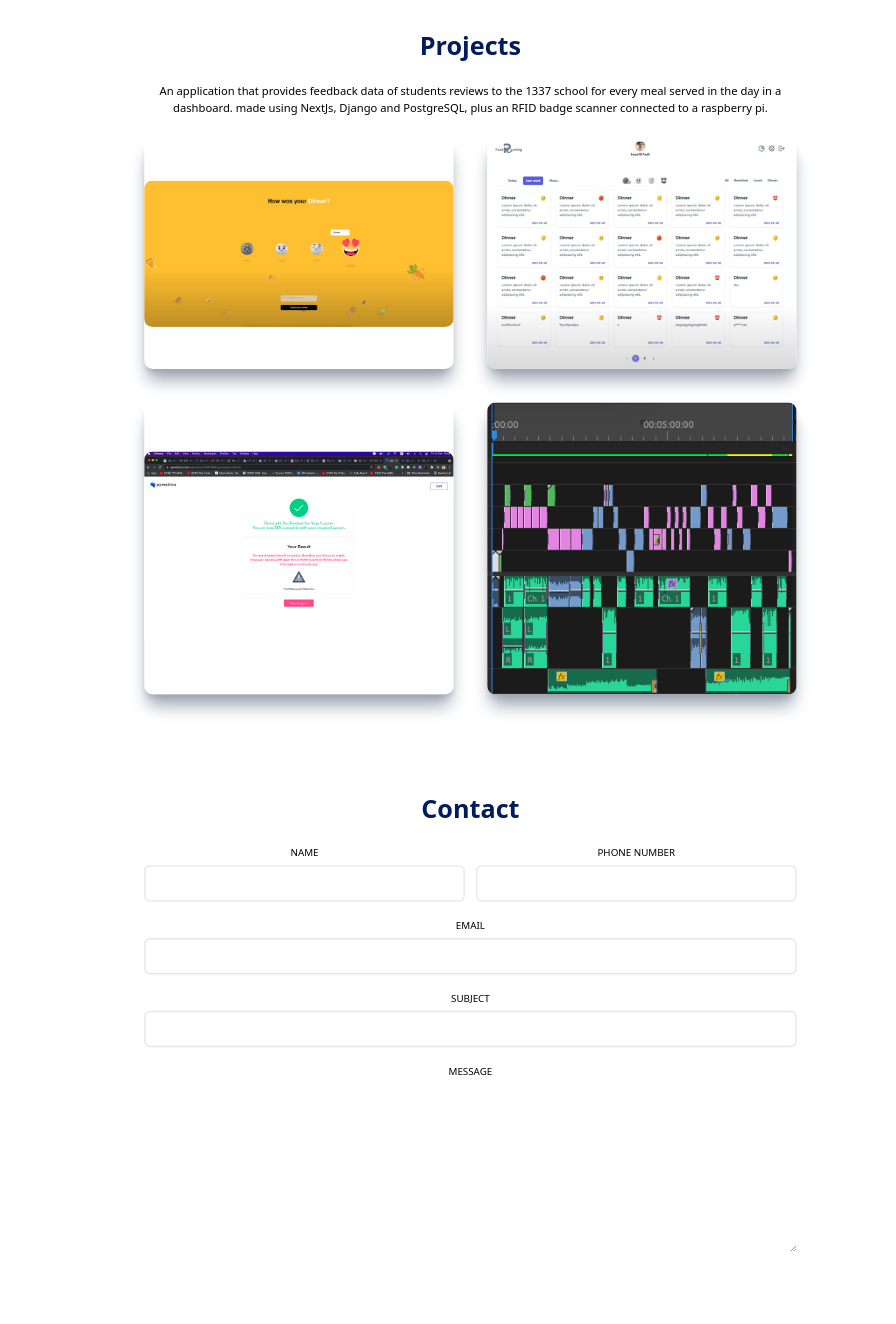
Repository: Saadelfadil/saadelfadil.github.io
Page: /
These files come from the project's save history. The page is drawn as it stood at one moment and after the next save; the edit follows.
The browser window is 1280 px wide. The pictures show the part of the page from y = 770 to 2690 px (the page is 2662 px tall before and 2690 px after), at 70% of full size.
The project was rebuilt for these pictures with package versions that can differ from the ones it lists, and the page was loaded fresh each time. Also part of the build but not shown: vite.config.js.

Above is the page before, as saved 2023-02-26 18:59:11.

### src/App.jsx
import './App.css'
import Sidenave from './components/Sidenave'
import Main from './components/Main'
import Projects from './components/Projects'
import Contact from './components/Contact'

function App() {

  return (
    <div>
      <Sidenave />
      <Main />
      <Projects />
      <Contact />
    </div>
  )
}

export default App

### src/components/Sidenave.jsx
import React, { useState } from "react";
import { AiOutlineHome, AiOutlineMail, AiOutlineMenu, AiOutlineProject } from "react-icons/ai"
import { GrProjects } from "react-icons/gr"
import { BsPerson } from "react-icons/bs"

const Sidenave = () => {
    const [nav, setNav] = useState(false)

    const handleNav = () => {
        setNav((prev) => prev = !nav);
    };

  return (
    <div>
        <AiOutlineMenu onClick={handleNav} className="absolute top-4 right-4 z-[100] md:hidden"/>
        {
            nav ? (
                <div className="fixed w-full h-screen bg-white/90 flex flex-col justify-center items-center z-20">
                    <a href="#main" className="w-[75%] flex justify-center rounded-full shadow-lg bg-gray-100 shadow-gray-400 m-2 p-4 cursor-pointer hover:scale-110 ease-in duration-200">
                        <AiOutlineHome size={20}/>
                        <span className="pl-4">Home</span>
                    </a>
                    <a href="#work" className="w-[75%] flex justify-center rounded-full shadow-lg bg-gray-100 shadow-gray-400 m-2 p-4 cursor-pointer hover:scale-110 ease-in duration-200">
                        <GrProjects size={20}/>
                        <span className="pl-4">Work</span>
                    </a>
                    <a href="#projects" className="w-[75%] flex justify-center rounded-full shadow-lg bg-gray-100 shadow-gray-400 m-2 p-4 cursor-pointer hover:scale-110 ease-in duration-200">
                        <AiOutlineProject size={20}/>
                        <span className="pl-4">Projects</span>
                    </a>
                    <a href="#main" className="w-[75%] flex justify-center rounded-full shadow-lg bg-gray-100 shadow-gray-400 m-2 p-4 cursor-pointer hover:scale-110 ease-in duration-200">
                        <BsPerson size={20}/>
                        <span className="pl-4">Resume</span>
                    </a>
                    <a href="#contact" className="w-[75%] flex justify-center rounded-full shadow-lg bg-gray-100 shadow-gray-400 m-2 p-4 cursor-pointer hover:scale-110 ease-in duration-200">
                        <AiOutlineMail size={20}/>
                        <span className="pl-4">Contact</span>
                    </a>
                </div>
            ) : ""
        }

        <div className="md:block hidden fixed top-[25%] z-10">
            <div className="flex flex-col">
                <a href="#main" className="rounded-full shadow-lg bg-gray-100 shadow-gray-400 m-2 p-4 cursor-pointer hover:scale-110 ease-in duration-300 ">
                    <AiOutlineHome />
                </a>
                <a href="#work" className="rounded-full shadow-lg bg-gray-100 shadow-gray-400 m-2 p-4 cursor-pointer hover:scale-110 ease-in duration-300 ">
                    <GrProjects />
                </a>
                <a href="#projects" className="rounded-full shadow-lg bg-gray-100 shadow-gray-400 m-2 p-4 cursor-pointer hover:scale-110 ease-in duration-300 ">
                    <AiOutlineProject />
                </a>
                <a href="#main" className="rounded-full shadow-lg bg-gray-100 shadow-gray-400 m-2 p-4 cursor-pointer hover:scale-110 ease-in duration-300 ">
                    <BsPerson />
                </a>
                <a href="#contact" className="rounded-full shadow-lg bg-gray-100 shadow-gray-400 m-2 p-4 cursor-pointer hover:scale-110 ease-in duration-300 ">
                    <AiOutlineMail />
                </a>
            </div>
        </div>
    </div>
  )
};

export default Sidenave;

### src/components/Main.jsx
import React from "react";
import { TypeAnimation } from "react-type-animation"
import { FaGithub, FaInstagram, FaLinkedin } from "react-icons/fa"

const Main = () => {
  return (
    <div id="main">
        <img className="w-full h-screen object-cover object-right " src="/src/assets/saadelfadil.jpg" alt="saadelfadil" />
        <div className="w-full h-screen absolute top-0 left-0 bg-white/50 ">
            <div className="max-w-[700px] m-auto h-full w-full flex flex-col justify-center lg:items-start items-center ">
                <h1 className="sm:text-5xl text-4xl font-bold text-gray-800">I'm Saad El fadil</h1>
                <h2 className="flex sm:text-3xl text-2xl pt-4 text-gray-800">I'm a
                    <TypeAnimation
                        sequence={[
                            'Software Engineer', // Types 'One'
                            1000, // Waits 1s
                            'Videomaker', // Deletes 'One' and types 'Two'
                            2000, // Waits 2s
                        ]}
                        wrapper="div"
                        cursor={true}
                        repeat={Infinity}
                        style={{ fontSize: '1em', paddingLeft: "5px" }}
                    />
                </h2>
                <div className="flex justify-between pt-6 max-w-[150px] w-full">
                        <FaInstagram size={20} className="cursor-pointer"/>
                        <FaLinkedin size={20} className="cursor-pointer"/>
                        <FaGithub size={20} className="cursor-pointer"/>
                </div>
            </div>
        </div>
    </div>
  )
};

export default Main;

### src/components/Projects.jsx
import React from "react";
import ProjectItem from "./ProjectItem";
import img from "../assets/1337_foodback.png";
import img2 from "../assets/1337_foodback_2.png";
import img3 from "../assets/1337_foodback_3.png";
import img4 from "../assets/1337_foodback_4.png";


const Projects = () => {
  return (
    <div id="projects" className="max-w-[1028px] m-auto md:pl-20 p-4 py-16">
        <h1 className="text-4xl font-bold text-center text-[#001b5e] ">Projects</h1>
        <p className="text-center py-8">
            An application that provides feedback data of students reviews to the 1337 school for every meal served in the day in a dashboard. made using NextJs, Django and PostgreSQL, plus an RFID badge scanner connected to a raspberry pi.
        </p>
        <div className="grid sm:grid-cols-2 gap-12">
            <ProjectItem img={img} title="1337 FoodBack"/>
            <ProjectItem img={img2} title="App 2"/>
            <ProjectItem img={img3} title="App 3"/>
            <ProjectItem img={img4} title="App 4"/>
        </div>
    </div>
  )
};

export default Projects;

### src/components/Contact.jsx
import React from "react";

const Contact = () => {
  return (
    <div id="contact" className="max-w-[1028px] m-auto md:pl-20 p-4 py-16">
        <h1 className="py-4 text-4xl font-bold text-center text-[#001b5e]">
            Contact
        </h1>
        <form action="" method="POST" encType="multipart/form-data" >
            <div className="grid md:grid-cols-2 gap-4 w-full py-2">
                <div className="flex flex-col">
                    <label className="uppercase text-sm py-2" htmlFor="">Name</label>
                    <input className="border-2 rounded-lg p-3 flex border-gray-200 " type="text" name="name" />
                </div>
                <div className="flex flex-col">
                    <label className="uppercase text-sm py-2" htmlFor="">Phone Number</label>
                    <input className="border-2 rounded-lg p-3 flex border-gray-200 " type="text" name="phone" />
                </div>
            </div>
            <div className="flex flex-col py-2">
                <label className="uppercase text-sm py-2" htmlFor="">Email</label>
                <input className="border-2 rounded-lg p-3 flex border-gray-200 " type="email" name="email"/>
            </div>
            <div className="flex flex-col py-2">
                <label className="uppercase text-sm py-2" htmlFor="">Subject</label>
                <input className="border-2 rounded-lg p-3 flex border-gray-200 " type="text" name="subject"/>
            </div>
            <div className="flex flex-col py-2">
                <label className="uppercase text-sm py-2" htmlFor="">Message</label>
                <textarea className="" rows='10' name="message"></textarea>
            </div>

        </form>
    </div>
  )
};

export default Contact;

### src/components/ProjectItem.jsx
import React from "react";

const ProjectItem = ({img, title}) => {
  return (
    <div className="relative flex items-center justify-center w-full h-auto shadow-xl shadow-gray-400 rounded-xl group hover:bg-gradient-to-r from-gray-200 to-[#001b5e]">
        <img src={img} alt="/" className="rounded-xl group-hover:opacity-10" />
        <div className="hidden group-hover:block absolute top-[50%] left-[50%] translate-x-[-50%] translate-y-[-50%] ">
            <h3 className="text-xl font-bold text-white  text-center">
                {title}
            </h3>
            <p className="pb-4 pt-2 text-white text-center">React Js</p>
            <a href="/">
                <p className="text-center p-2 rounded-lg bg-white text-gray-700 font-bold cursor-pointer text-sm">More Info</p>
            </a>
        </div>
    </div>
  )
};

export default ProjectItem;

Loaded but not shown: index.html (common file); src/main.jsx (common file); src/index.css (common file); src/App.css (common file); tailwind.config.cjs (common file)

After the next save:
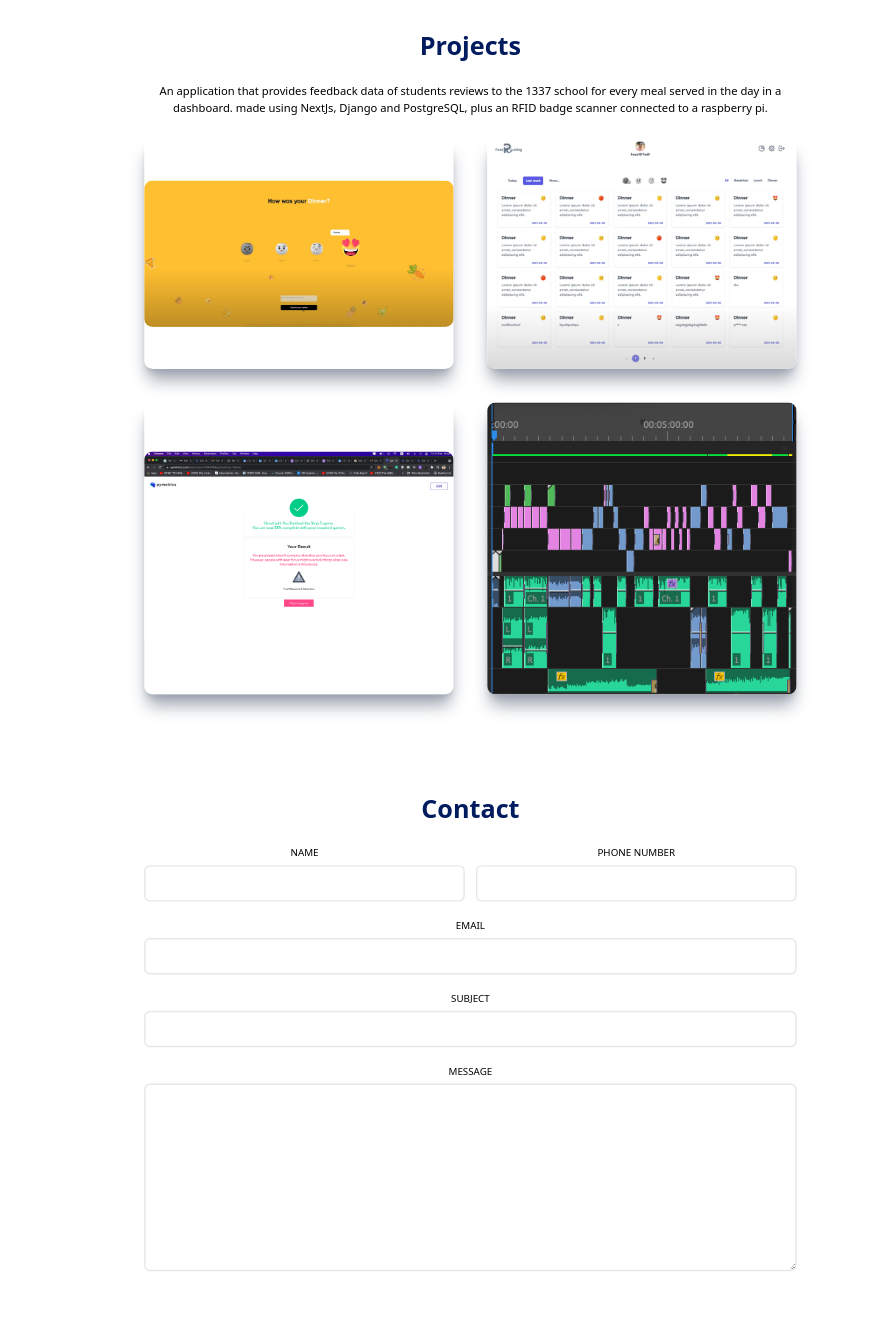
Saved 20 s later.
--- a/src/components/Contact.jsx
+++ b/src/components/Contact.jsx
@@ -27,7 +27,7 @@ const Contact = () => {
             </div>
             <div className="flex flex-col py-2">
                 <label className="uppercase text-sm py-2" htmlFor="">Message</label>
-                <textarea className="" rows='10' name="message"></textarea>
+                <textarea className="border-2 rounded-lg p-3 flex border-gray-200 " rows='10' name="message"></textarea>
             </div>
 
         </form>
